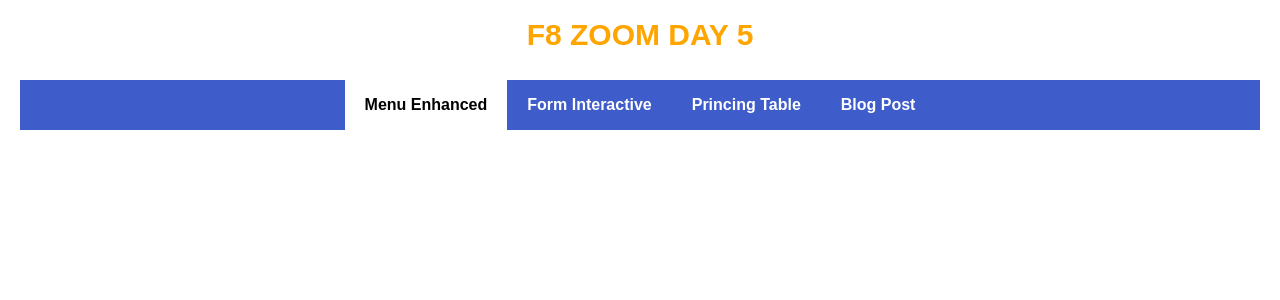
Repository: lannguyen1301/f8-zoom-day-5
Page: index.html
An editor plug-in stored every save of this project. The page is shown before and after the next save, followed by the edit.
The browser window is 1280 px wide. The pictures show the whole page.

Above is the page before, as saved 2025-04-21 19:04:23.

### index.html
<!DOCTYPE html>
<html lang="en">

<head>
    <meta charset="UTF-8">
    <meta name="viewport" content="width=device-width, initial-scale=1.0">
    <title>F8 ZOOM DAY 5</title>
    <link rel="stylesheet" href="./assets/css/reset.css">
    <link rel="stylesheet" href="./assets/css/style.css">
</head>

<body>
    <div class="inner">
        <h1 class="title-desc">F8 ZOOM DAY 5</h1>
        <nav class="navbar">
            <ul class="navbar__list">
                <li class="navbar__item active">
                    <a href="./menu-enhanced.html" class="navbar__link" target="_blank">Menu Enhanced</a>
                </li>
                <li class="navbar__item">
                    <a href="./form-interactive.html" class="navbar__link" target="_blank">Form Interactive</a>
                </li>
                <li class="navbar__item">
                    <a href="./pricing-table.html" class="navbar__link" target="_blank">Princing Table</a>
                </li>
                <li class="navbar__item">
                    <a href="./blog-post.html" class="navbar__link" target="_blank">Blog Post</a>
                </li>
            </ul>
        </nav>
    </div>
</body>

</html>

### assets/css/style.css
* {
    box-sizing: border-box;
}

html {
    font-size: 62.5%;
}

body {
    font-size: 1.6rem;
    font-family: "poppins", sans-serif;
}

/* common*/
a {
    text-decoration: none;
}

.inner {
    margin: 0 auto;
    padding: 20px;
}

.title-desc {
    font-size: 3rem;
    text-align: center;
    font-weight: 900;
    color: orange;
}

.navbar__list {
    display: flex;
    align-items: center;
    justify-content: center;
    margin-top: 30px;
    background-color: #3e5cca;
}

.navbar__item {
    height: 50px;
}

.navbar__link {
    display: inline-block;
    color: #fff;
    line-height: 50px;
    padding: 0 20px;
    font-weight: 700;
    font-size: 1.6rem;
}

.active,
.navbar__list .navbar__item:hover > .navbar__link {
    background-color: #fff;
    color: #000;
}

.active > a {
    color: #000;
}

/* .navbar__item .navbar__link:active {
    color: rgb(226, 19, 99);
    background-color: orange;
} */

/* li a:active {
    color: rgb(226, 19, 99);
    background-color: orange;
} */

a:active {
    color: green;
}

Loaded but not shown: assets/css/reset.css (common file)

After the next save:
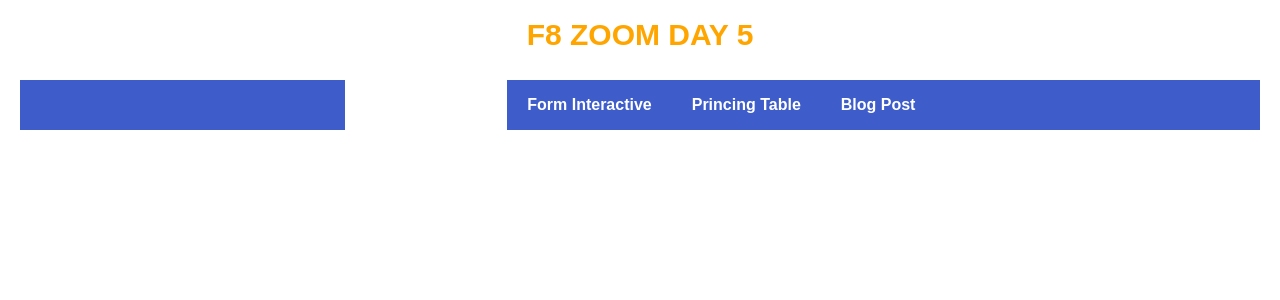
Saved 10 s later.
--- a/assets/css/style.css
+++ b/assets/css/style.css
@@ -55,9 +55,9 @@
     color: #000;
 }
 
-.active > a {
+/* .active > a {
     color: #000;
-}
+} */
 
 /* .navbar__item .navbar__link:active {
     color: rgb(226, 19, 99);

After the 3 saves that followed:
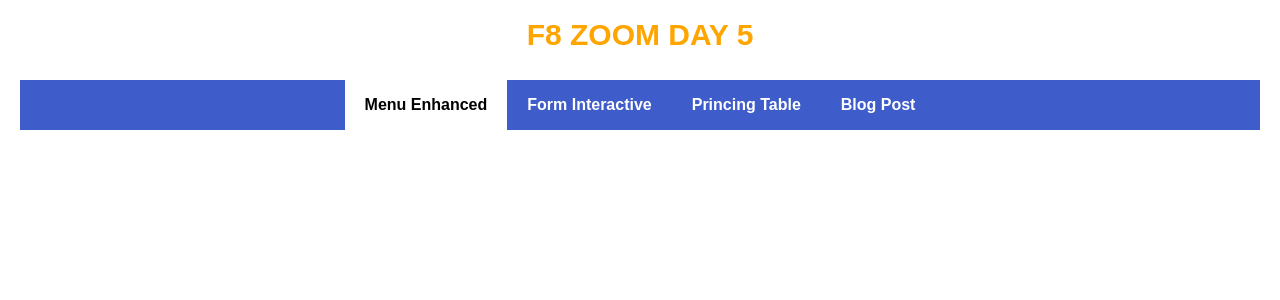
The 3 saves are shown as one change because they came seconds apart.
The last was saved 13 s later.
--- a/assets/css/style.css
+++ b/assets/css/style.css
@@ -55,9 +55,9 @@
     color: #000;
 }
 
-/* .active > a {
+.active > a {
     color: #000;
-} */
+}
 
 /* .navbar__item .navbar__link:active {
     color: rgb(226, 19, 99);
